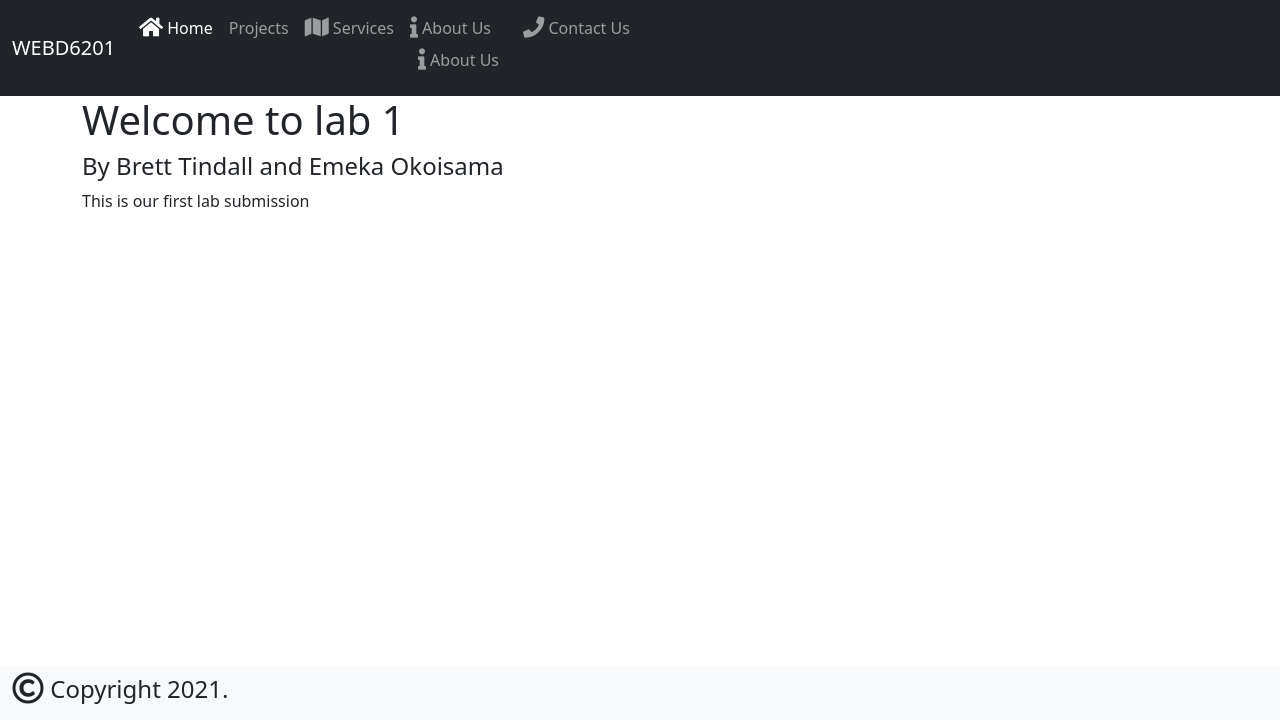
Repository: Sub4Sub/Lab_1
Page: index.html
The author's editor kept a copy of each file at every save. The page is drawn from the files as they stood at one save, then again after the next save.
The browser window is 1280 px wide. The pictures show the whole page.

Above is the page before, as saved 2021-02-05 02:33:32.

### index.html
<!DOCTYPE html>
<html lang="en">
<head>
    <meta charset="UTF-8">
    <meta name="viewport" content="width=device-width, initial-scale=1.0">
    <title>Home</title>
    <!-- CSS Section -->
    <link rel="stylesheet" href="./node_modules/bootstrap/dist/css/bootstrap.min.css">
    <link rel="stylesheet" href="./node_modules/@fortawesome/fontawesome-free/css/all.min.css">
    <link rel="stylesheet" href="./Content/app.css">
</head>
<body>
    <!-- Main Header -->
    <header>
      <!-- Main Navigation -->
      <nav class="navbar navbar-expand-lg navbar-dark bg-dark">
          <div class="container-fluid">
            <a class="navbar-brand" href="index.html">WEBD6201</a>
            <button class="navbar-toggler" type="button" data-bs-toggle="collapse" data-bs-target="#navbarSupportedContent" aria-controls="navbarSupportedContent" aria-expanded="false" aria-label="Toggle navigation">
              <span class="navbar-toggler-icon"></span>
            </button>
            <div class="collapse navbar-collapse" id="navbarSupportedContent">
              <ul class="navbar-nav me-auto mb-2 mb-lg-0">
                <li class="nav-item">
                  <a class="nav-link active" aria-current="page" href="index.html"><i class="fas fa-home fa-lg"></i> Home</a>
                </li>

                <li class="nav-item">
                  <a class="nav-link" id="productsLink" aria-current="page" href="products.html"><i class="fas fa-cog fa-lg"></i> Products</a>
                </li>

                <li class="nav-item">
                  <a class="nav-link" aria-current="page" href="services.html"><i class="fas fa-map fa-lg"></i> Services</a>
                </li>

                <li class="nav-item">
                  <a class="nav-link" id="aboutUsLink" aria-current="page" href="about.html"><i class="fas fa-info fa-lg"></i> About Us</a>
                </li>

                <li class="nav-item">
                  <a class="nav-link" aria-current="page" href="contact.html"><i class="fas fa-phone fa-lg"></i> Contact Us</a>
                </li>
              </ul>
            </div>
          </div>
        </nav>
  </header>

    <!-- Main Content -->
    <main class="container">
    </main>



    <!-- Script Section-->
    <script src="./node_modules/jquery/dist/jquery.min.js"></script>
    <script src="./node_modules/bootstrap/dist/js/bootstrap.bundle.min.js"></script>
    <script src="./Scripts/app.js"></script>
</body>
</html>

### Scripts/app.js

"use strict";


(function()
{

    function displayHome()
    {
        let indexHeading = document.createElement("h1");

        indexHeading.setAttribute("id", "indexHeading");
        indexHeading.textContent = "Welcome to lab 1";
        //indexHeading.className = "fs-4 fw-bold";

        let mainContent = document.querySelector("main");
        mainContent.appendChild(indexHeading);

        let newDivTag = document.createElement("div");
        newDivTag.innerHTML =
        `<h4>By Brett Tindall and Emeka Okoisama</h4>
        <p id="paragraphThree"> This is our first lab submission </p>`;

        mainContent.append(newDivTag);


    }

    function displayContact()
    {
      let contactHeading = document.createElement("h1");

      contactHeading.setAttribute("id", "contactHeading");
      contactHeading.textContent = "Enter a Contact";

      let mainContent = document.querySelector("main");
      mainContent.appendChild(contactHeading);

      let newDivTag = document.createElement("div");
      newDivTag.innerHTML =
      `<div id="messageArea"></div>

      <div class="row justify-content-lg-center g-3">
        <form class="col-lg-6 col-md-10 col-sm-10">

          <div class="input-group mb-3">
            <span class="input-group-text" id="inputGroup-sizing-default">Full Name </span>
            <input id="fullName" type="text" class="form-control" aria-label="Full Name" aria-describedby="Full Name Input"
            name="fullName" required>
          </div>

          <div class="input-group mb-3">
            <span class="input-group-text" id="inputGroup-sizing-default">Contact Number</span>
            <input id="contactNumber" type="tel" class="form-control" aria-label="Contact Number" aria-describedby="Contact Number Input"
            name="contactNumber" required>
          </div>

          <div class="input-group mb-3">
            <span class="input-group-text" id="inputGroup-sizing-default">Email</span>
            <input id="emailAddress" type="email" class="form-control" aria-label="Email Address" aria-describedby="Email Address Input"
            name="emailAddress" required>
          </div>

          <button id="sendButton" type="submit" class="btn btn-primary"><i class="fas fa-envelope fa-lg"></i> Send</button>
          <button id="cancelButton" type="reset" class="btn btn-warning"><i class="fas fa-undo fa-lg"></i> Cancel</button>
        </form>
      </div>`;

      mainContent.append(newDivTag);


      let sendButton = document.getElementById("sendButton");

        sendButton.addEventListener("click", function(event){

          window.location.href = '/index.html';

        });

    }

    function displayFooter()
    {
      let mainContent = document.querySelector("main");

      let newFooterTag = document.createElement("footer");

      newFooterTag.innerHTML =
      `
      <footer>
        <nav class="navbar fixed-bottom navbar-light bg-light">
            <div class="container-fluid">
              <h4><i class="far fa-copyright fa-lg"></i> Copyright 2021.</h4>
            </div>
          </nav>
    </footer>
      `

      mainContent.append(newFooterTag);

    }

    function addHumanResourcesButton()
    {

      let aboutUsLink = document.getElementById("aboutUsLink");

      let newListItem = document.createElement("li");

      newListItem.innerHTML =
      `
      <li class="nav-item">
        <a class="nav-link" id="aboutUsLink" aria-current="page" href="about.html"><i class="fas fa-info fa-lg"></i> About Us</a>
      </li>
      `

      aboutUsLink.append(newListItem);

    }

    function Start()
    {
        console.log("App Started...");

        let productsButton = document.getElementById("productsLink");

        productsButton.textContent = "Projects";

        addHumanResourcesButton();

        switch (document.title)
        {
          case "Home":
              displayHome();
            break;
          case "About":
              displayAbout();
            break;
          case "Projects":
              displayProjects();
            break;
          case "Services":
              displayServices();
            break;
          case "Contact":
              displayContact();
            break;
        }

    }

    displayFooter();

    window.addEventListener("load", Start);

})();

Loaded but not shown: node_modules/bootstrap/dist/css/bootstrap.min.css (library); node_modules/@fortawesome/fontawesome-free/css/all.min.css (library); node_modules/jquery/dist/jquery.min.js (library); node_modules/bootstrap/dist/js/bootstrap.bundle.min.js (library); Content/app.css (no stored copy; drawn as an empty file)

After the next save:
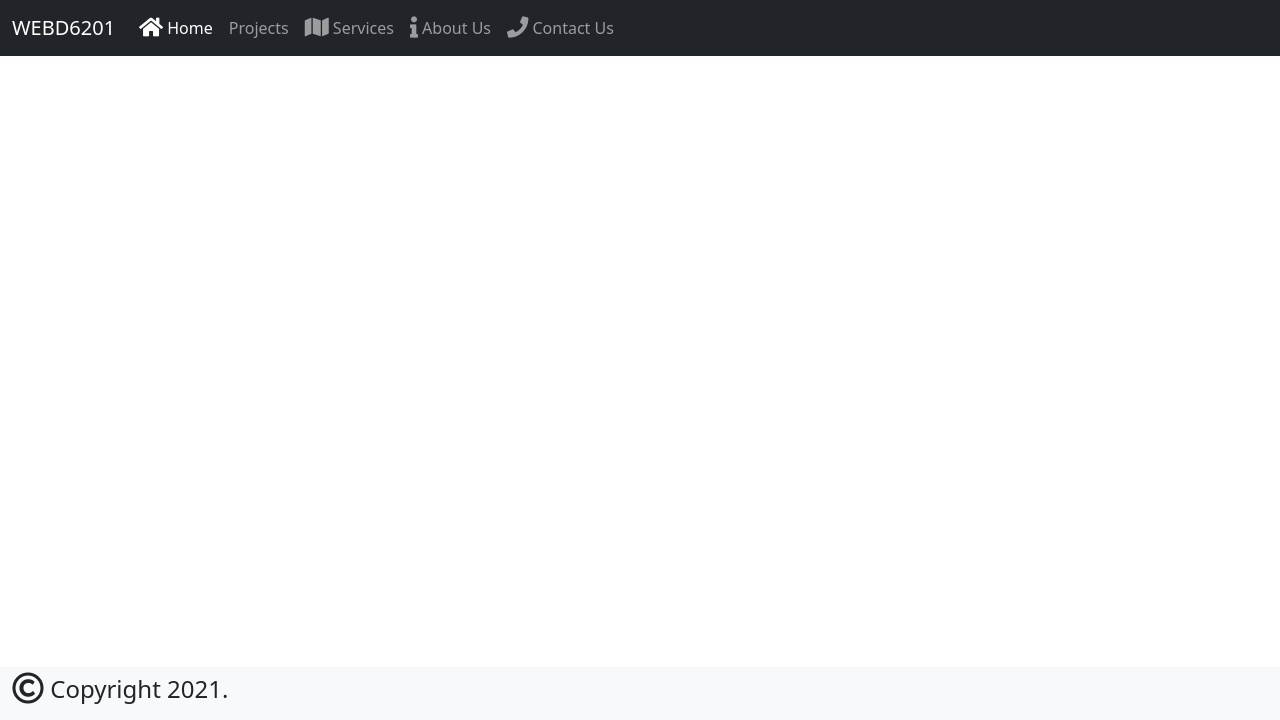
Console error: TypeError: aboutUsLink.insertAfter is not a function
Saved 48 s later.
--- a/Scripts/app.js
+++ b/Scripts/app.js
@@ -114,7 +114,7 @@
       </li>
       `
 
-      aboutUsLink.append(newListItem);
+      aboutUsLink.insertAfter(newListItem);
 
     }
 

After the save that followed:
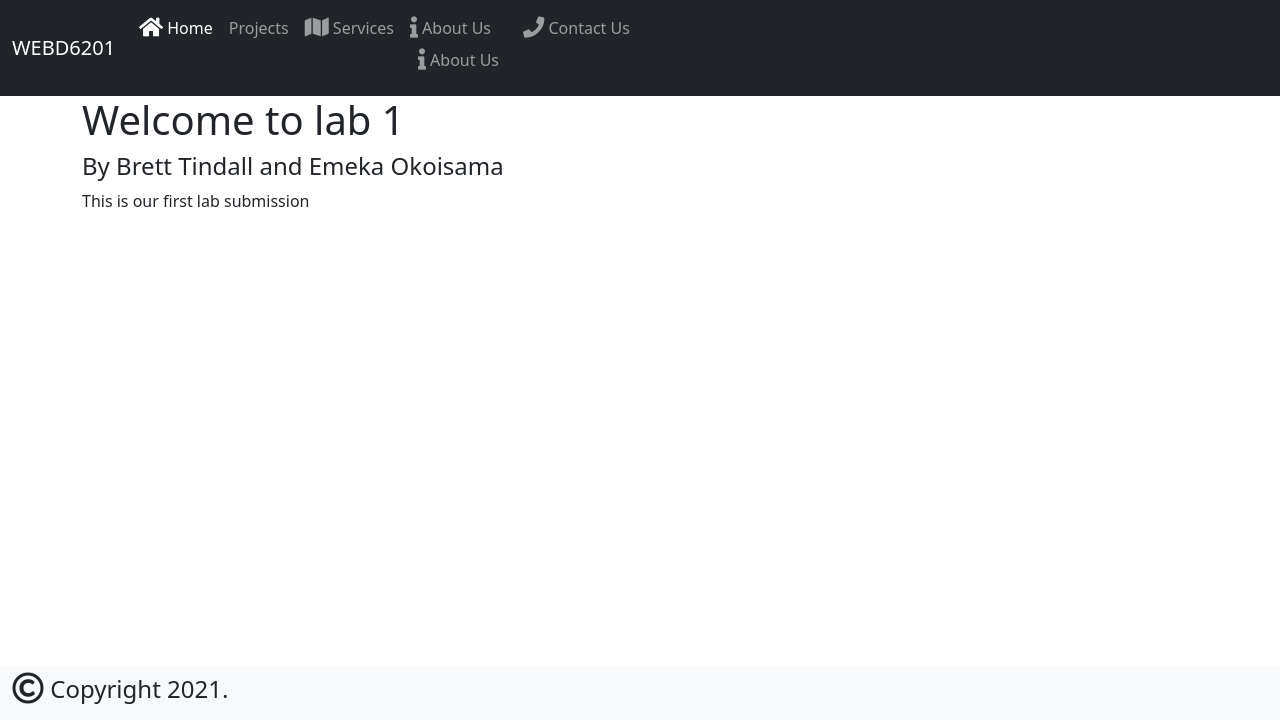
The error is gone.
Saved 12 s later.
--- a/Scripts/app.js
+++ b/Scripts/app.js
@@ -114,7 +114,7 @@
       </li>
       `
 
-      aboutUsLink.insertAfter(newListItem);
+      aboutUsLink.append(newListItem);
 
     }
 
